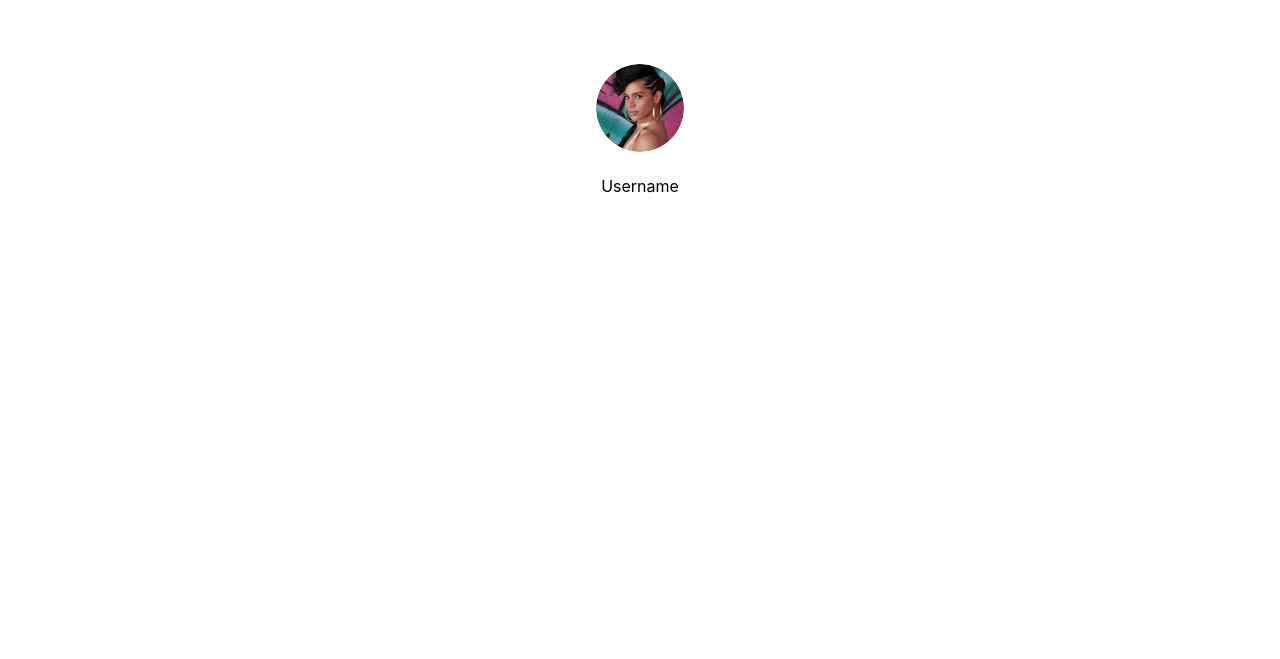
Repository: uh-sman/Zuri-task-one
Page: /
These files come from the project's save history. The page is drawn as it stood at one moment and after the next save; the edit follows.
The browser window is 1280 px wide. The pictures show the whole page.
The project was rebuilt for these pictures with package versions that can differ from the ones it lists, and the page was loaded fresh each time.

Above is the page before, as saved 2022-10-23 19:04:05.

### src/App.js
import "./App.css";
import Home from "./Components/Home";

function App() {
  return (
    <div className="App">
      <Home />
    </div>
  );
}

export default App;

### src/Components/Home.js
import React from "react";
import Body from "./Body";

import Dashboard from "./Dashboard";
const Home = () => {
  return (
    <div>
      <Dashboard />
      <Body />
    </div>
  );
};

export default Home;

### src/Components/Body.js
import { useState } from "react";
import "./body.css";
import { data } from "../dummy";
const Body = () => {
  const [data, setData] = useState([]);

  return (
    <div>
      {data.map(({ id, title, description, link }) => (
        <div key={id} className="body-container">
          <div className="box">
            <li>{title}</li>
          </div>
        </div>
      ))}
    </div>
  );
};

export default Body;

### src/Components/Dashboard.js
import React from "react";
import profile from "./assets/profile.png";
import "./dashboard.css";
const Dashboard = () => {
  return (
    <div className="dashboard">
      <div className="dashboard-container">
        <img className="image" src={profile} />
        <div className="text-section">
          <p>Username{}</p>
        </div>
      </div>
    </div>
  );
};

export default Dashboard;

### src/dummy.js
export const data = [
  {
    id: "",
    title: "Twitter Link",
    link: "",
  },
  {
    id: "btn_zuri",
    title: "Zuri Team",
    description: "",
    link: "https://training.zuri.team/",
  },
  {
    id: "books",
    title: "Zuri Books",
    description: "",
    link: "http://books.zuri.team ",
  },
  {
    id: " book_python",
    title: "Python Books",
    description: "https://books.zuri.team",
    link: "",
  },
  {
    id: "pitch",
    title: "Background Check for Orders",
    description: "",
    link: " https://background.zuri.team",
  },
  {
    id: "book__design",
    title: "Design Books",
    description: "",
    link: "https://books.zuri.team/design-rules",
  },
];

### src/Components/dashboard.css
/* .dashboard {
  background-color: red;
  width: 100px;
  height: 100px;
} */
.dashboard-container {
  display: flex;
  flex-direction: column;
  justify-content: center;
  margin: auto;
  align-items: center;
}
.image {
  height: 88px;
  width: 88px;
  left: 532px;
  top: 0px;
  border-radius: 275px;
  margin-top: 64px;
}
.text-section {
  margin-top: 24px;
}

### src/Components/body.css
.body-container {
  display: flex;
  flex-direction: column;
  align-items: center;
  padding: 0px;
  gap: 24px;
  /* isolation: isolate; */
}
.box {
  height: 76px;
  width: 1152px;
  left: 0px;
  top: 0px;
  border-radius: 8px;
  padding: 24px 32px 24px 32px;
  /* display: flex; */
  /* justify-content: ; */
}

Loaded but not shown: public/index.html (common file); src/index.js (common file); src/index.css (common file); src/reportWebVitals.js (common file); src/App.css (common file)

After the next save:
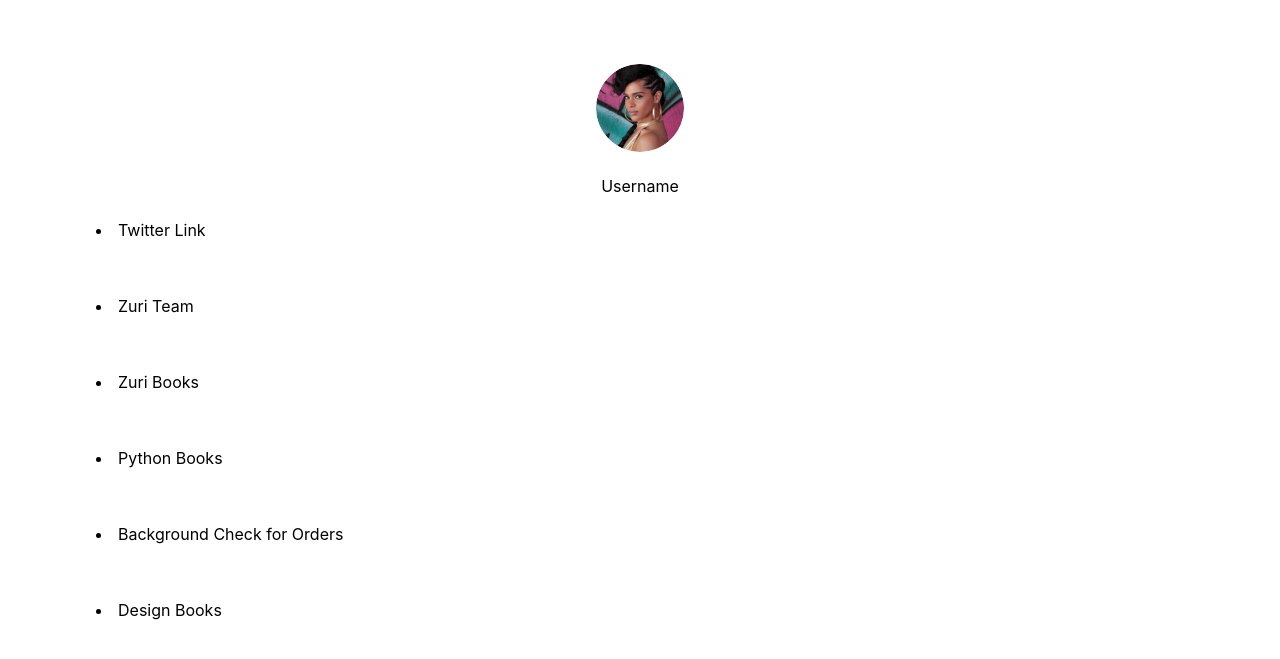
Saved 31 s later.
--- a/src/Components/Body.js
+++ b/src/Components/Body.js
@@ -2,7 +2,7 @@ import { useState } from "react";
 import "./body.css";
 import { data } from "../dummy";
 const Body = () => {
-  const [data, setData] = useState([]);
+  //   const [data, setData] = useState([]);
 
   return (
     <div>
